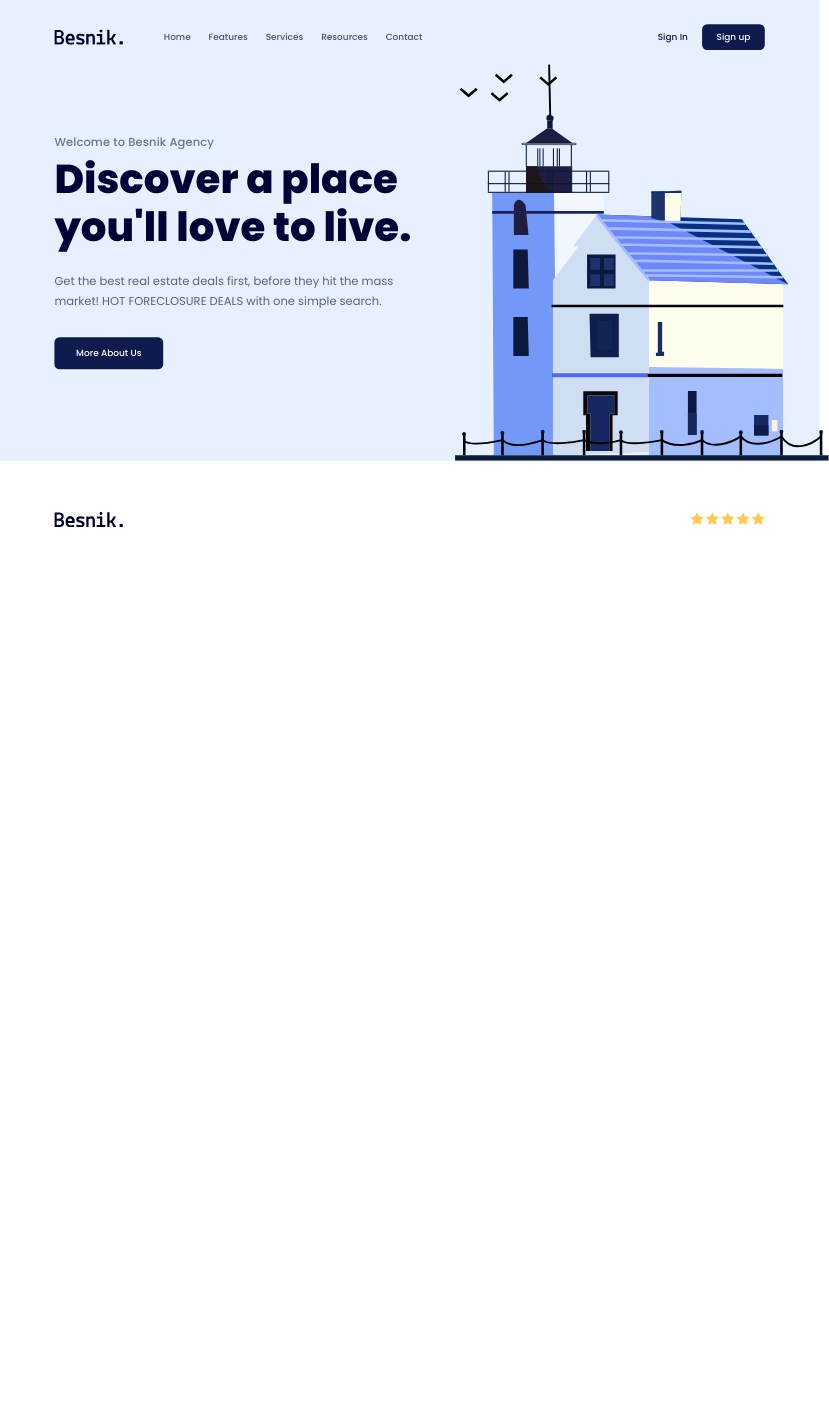
Repository: jessicapaa/F8-Project-01
Page: index.html
These files come from the project's save history. The page is drawn as it stood at one moment and after the next save; the edit follows.
The browser window is 1280 px wide. The page is 1295 px wide, so the pictures cover 1295 px, including what lies to the right of the window. The pictures show the whole page, at 64% of full size.

Above is the page before, as saved 2024-03-08 09:16:19.

### index.html
<!DOCTYPE html>
<html lang="en">

<head>
    <meta charset="UTF-8">
    <meta name="viewport" content="width=device-width, initial-scale=1.0">
    <title>F8-Project-01</title>
    <link rel="stylesheet" href="./assets/css/reset.css">
    <link rel="stylesheet" href="./assets/fonts/stylesheet.css">
    <link rel="stylesheet" href="./assets/css/styles.css">
</head>

<body>
    <!-- main -->
    <main style="height: 2200px;">

        <!-- header -->
        <header class="header">
            <div class="content">
                <nav class="navbar">
                    <!-- logo -->
                    <img src="./assets/img/logo.svg" alt="Besnik.">

                    <!-- navigation -->
                    <ul>
                        <li><a href="#!">Home</a></li>
                        <li><a href="#!">Features</a></li>
                        <li><a href="#!">Services</a></li>
                        <li><a href="#!">Resources</a></li>
                        <li><a href="#!">Contact</a></li>
                    </ul>

                    <!-- Action -->
                    <div class="actions">
                        <a href="#!" class="action-link">Sign In</a>
                        <a href="#!" class="btn action-btn">Sign up</a>
                    </div>
                </nav>
                <div class="hero">
                    <!-- info  -->
                    <div class="info">
                        <p class="sub-title">Welcome to Besnik Agency</p>
                        <h1 class="title">
                            Discover a place you'll love to live.
                        </h1>
                        <p class="desc">Get the best real estate deals first,
                            before they hit the mass market! HOT FORECLOSURE DEALS with one simple search.</p>
                        <a href="#!" class="btn hero-btn">More About Us</a>
                    </div>

                    <!-- img  -->
                    <img src="./assets/img/hero-img.svg" class="hero-img" alt="Discover a place you'll love to live.">
                </div>
            </div>
        </header>
        <!-- Clients -->
        <div class="clients">
            <div class="content">
                <div class="row">
                    <img src="./assets/img/logo.svg" alt="Besnik.">

                    <!-- Stars -->
                    <div class="stars">
                        <img src="./assets/img/Star.svg" alt="Stars">
                    </div>
                </div>
            </div>
        </div>
    </main>
</body>

</html>

### assets/fonts/stylesheet.css
@font-face {
    font-family: "Poppins";
    src: url("Poppins/Poppins-BlackItalic.woff2") format("woff2"),
        url("Poppins/Poppins-BlackItalic.woff") format("woff");
    font-weight: 900;
    font-style: italic;
    font-display: swap;
}

@font-face {
    font-family: "Poppins";
    src: url("Poppins/Poppins-Black.woff2") format("woff2"),
        url("Poppins/Poppins-Black.woff") format("woff");
    font-weight: 900;
    font-style: normal;
    font-display: swap;
}

@font-face {
    font-family: "Poppins";
    src: url("Poppins/Poppins-BoldItalic.woff2") format("woff2"),
        url("Poppins/Poppins-BoldItalic.woff") format("woff");
    font-weight: bold;
    font-style: italic;
    font-display: swap;
}

@font-face {
    font-family: "Poppins";
    src: url("Poppins/Poppins-ExtraBold.woff2") format("woff2"),
        url("Poppins/Poppins-ExtraBold.woff") format("woff");
    font-weight: bold;
    font-style: normal;
    font-display: swap;
}

@font-face {
    font-family: "Poppins";
    src: url("Poppins/Poppins-ExtraBoldItalic.woff2") format("woff2"),
        url("Poppins/Poppins-ExtraBoldItalic.woff") format("woff");
    font-weight: bold;
    font-style: italic;
    font-display: swap;
}

@font-face {
    font-family: "Poppins";
    src: url("Poppins/Poppins-ExtraLight.woff2") format("woff2"),
        url("Poppins/Poppins-ExtraLight.woff") format("woff");
    font-weight: 200;
    font-style: normal;
    font-display: swap;
}

@font-face {
    font-family: "Poppins";
    src: url("Poppins/Poppins-ExtraLightItalic.woff2") format("woff2"),
        url("Poppins/Poppins-ExtraLightItalic.woff") format("woff");
    font-weight: 200;
    font-style: italic;
    font-display: swap;
}

@font-face {
    font-family: "Poppins";
    src: url("Poppins/Poppins-Light.woff2") format("woff2"),
        url("Poppins/Poppins-Light.woff") format("woff");
    font-weight: 300;
    font-style: normal;
    font-display: swap;
}

@font-face {
    font-family: "Poppins";
    src: url("Poppins/Poppins-Italic.woff2") format("woff2"),
        url("Poppins/Poppins-Italic.woff") format("woff");
    font-weight: normal;
    font-style: italic;
    font-display: swap;
}

@font-face {
    font-family: "Poppins";
    src: url("Poppins/Poppins-Medium.woff2") format("woff2"),
        url("Poppins/Poppins-Medium.woff") format("woff");
    font-weight: 500;
    font-style: normal;
    font-display: swap;
}

@font-face {
    font-family: "Poppins";
    src: url("Poppins/Poppins-MediumItalic.woff2") format("woff2"),
        url("Poppins/Poppins-MediumItalic.woff") format("woff");
    font-weight: 500;
    font-style: italic;
    font-display: swap;
}

@font-face {
    font-family: "Poppins";
    src: url("Poppins/Poppins-LightItalic.woff2") format("woff2"),
        url("Poppins/Poppins-LightItalic.woff") format("woff");
    font-weight: 300;
    font-style: italic;
    font-display: swap;
}

@font-face {
    font-family: "Poppins";
    src: url("Poppins/Poppins-Regular.woff2") format("woff2"),
        url("Poppins/Poppins-Regular.woff") format("woff");
    font-weight: normal;
    font-style: normal;
    font-display: swap;
}

@font-face {
    font-family: "Poppins";
    src: url("Poppins/Poppins-SemiBold.woff2") format("woff2"),
        url("Poppins/Poppins-SemiBold.woff") format("woff");
    font-weight: 600;
    font-style: normal;
    font-display: swap;
}

@font-face {
    font-family: "Poppins";
    src: url("Poppins/Poppins-SemiBoldItalic.woff2") format("woff2"),
        url("Poppins/Poppins-SemiBoldItalic.woff") format("woff");
    font-weight: 600;
    font-style: italic;
    font-display: swap;
}

@font-face {
    font-family: "Poppins";
    src: url("Poppins/Poppins-Thin.woff2") format("woff2"),
        url("Poppins/Poppins-Thin.woff") format("woff");
    font-weight: 100;
    font-style: normal;
    font-display: swap;
}

@font-face {
    font-family: "Poppins";
    src: url("Poppins/Poppins-ThinItalic.woff2") format("woff2"),
        url("Poppins/Poppins-ThinItalic.woff") format("woff");
    font-weight: 100;
    font-style: italic;
    font-display: swap;
}

### assets/css/styles.css
* {
    box-sizing: border-box;
}
html {
    font-size: 62.5%;
}
:root {
    --primary-color: #0f1b4c;
}
body {
    font-size: 1.6rem;
    /* font-family: ; */
    font-family: "Poppins";
}
/* common */
.content {
    width: 1110px;
    max-width: calc(100% - 48px);
    margin-left: auto;
    margin-right: auto;
}

a {
    text-decoration: none;
}

.btn {
    display: inline-block;
    min-width: 98px;
    background: var(--primary-color);
    border-radius: 8px;
    font-size: 1.4rem;
    font-weight: 500;
    text-align: center;
    color: #fff;
    padding: 18px 16px;
}
.btn:hover {
    opacity: 0.9;
}

/* css header */
.header {
    height: 100vh;
    background: #e6f0ff;
    position: relative;
}

.navbar {
    display: flex;
    align-items: center;
    padding-top: 38px;
}

.navbar ul {
    display: flex;
    margin-left: 50px;
}

.navbar .actions {
    margin-left: auto;
}

.navbar ul a {
    font-weight: 500;
    font-size: 1.4rem;
    color: #4f5361;
    padding: 8px 14px;
}

.navbar .action-link {
    font-weight: 500;
    font-size: 1.4rem;
    color: var(--primary-color);
}

.navbar .action-btn {
    padding: 13px 16px;
    margin-left: 18px;
}

/* css hero */

.hero {
    margin-top: 130px;
}
.hero .info {
    width: 51%;
}

.hero .sub-title {
    color: #687690;
    font-size: 1.8rem;
    font-weight: 500;
    line-height: 1.5;
    letter-spacing: 0.018rem;
}

.hero .title {
    margin-top: 8px;
    font-weight: 700;
    font-size: 6.3rem;
    line-height: 1.19; /* 118.75% */
    color: #000336;
}

.hero .desc {
    margin-top: 30px;
    color: #5a6473;
    font-size: 1.8rem;
    font-weight: 400;
    line-height: 3.2rem; /* 177.778% */
    transform: capitalize;
}
.hero-btn {
    margin-top: 40px;
    min-width: 17rem;
    text-align: center;
}
.hero-img {
    position: absolute;
    right: calc((100vw - 1110px) / 2 - 100px);
    bottom: 0;
}

/* Clients */

.clients {
    margin-top: 80px;
}
.clients .row {
    margin-top: 43px;
    display: flex;
    align-items: center;
    justify-content: space-between;
}

Loaded but not shown: assets/css/reset.css (common file)

After the next save:
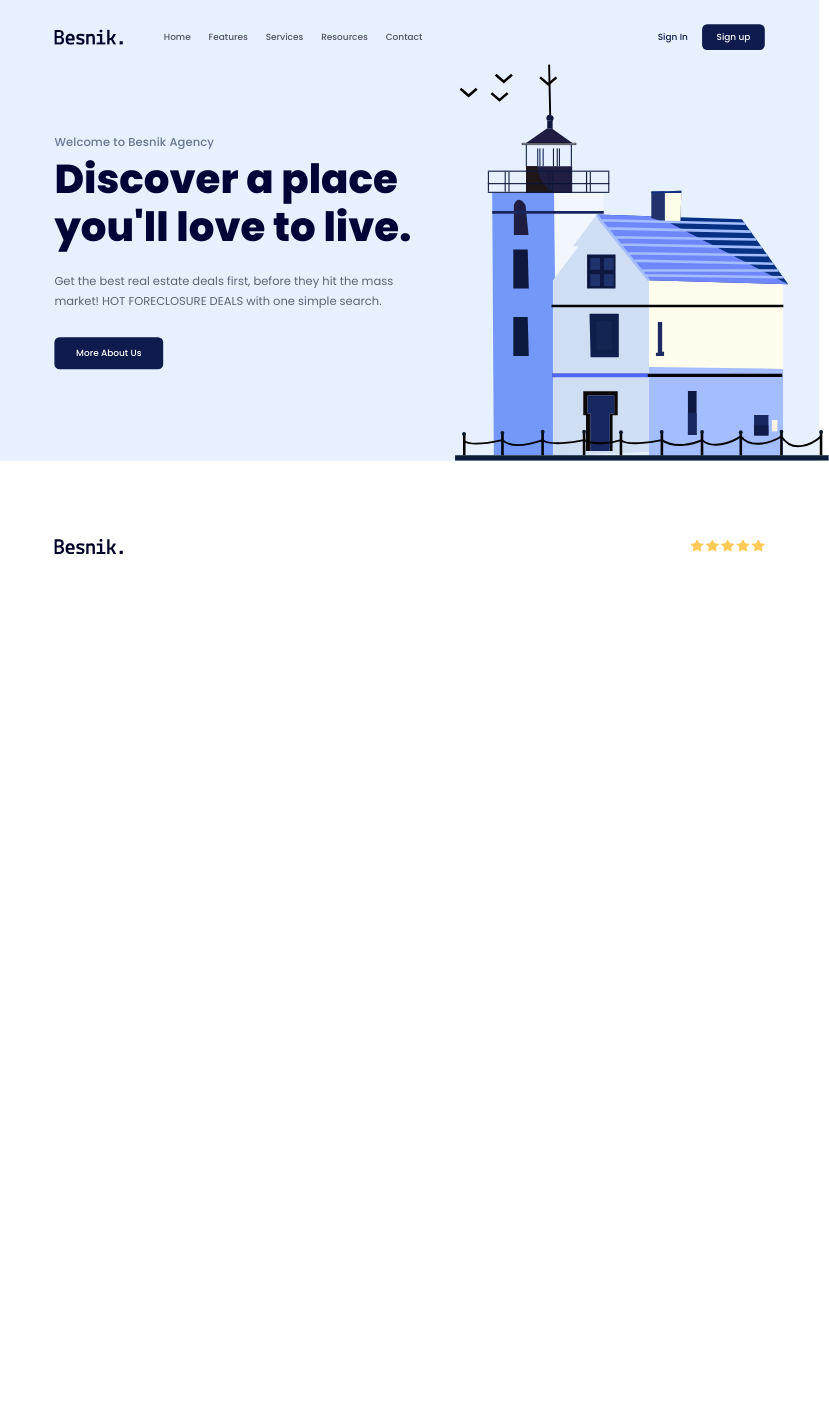
Saved 71 s later.
--- a/assets/css/styles.css
+++ b/assets/css/styles.css
@@ -126,10 +126,9 @@
 /* Clients */
 
 .clients {
-    margin-top: 80px;
+    margin-top: 122px;
 }
 .clients .row {
-    margin-top: 43px;
     display: flex;
     align-items: center;
     justify-content: space-between;
